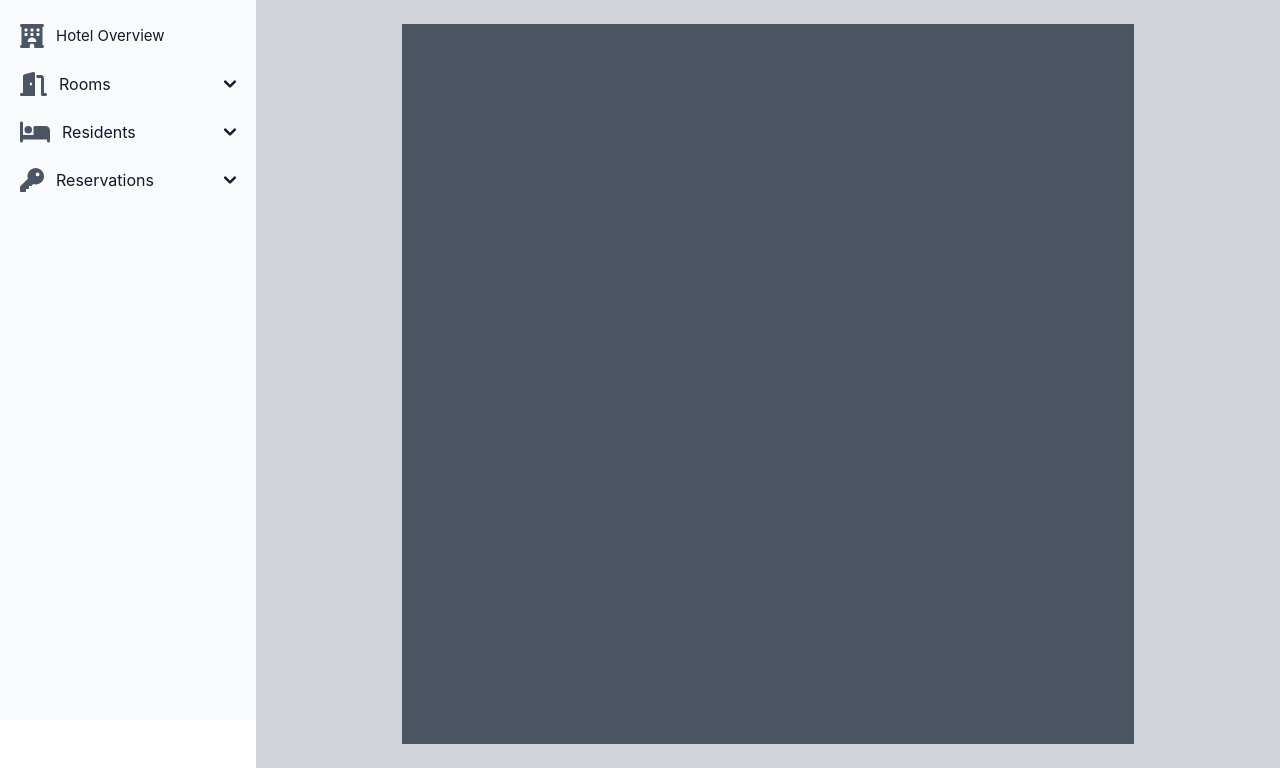
Repository: aggepap/hotelReservationsProj
Page: /rooms (app in admin-panel/)
These files come from the project's save history. The page is drawn as it stood at one moment and after the next save; the edit follows.
The browser window is 1280 px wide. The pictures show the whole page.
The project was rebuilt for these pictures with package versions that can differ from the ones it lists, and the page was loaded fresh each time. Also part of the build but not shown: admin-panel/vite.config.ts, admin-panel/src/views/HomeView.vue, admin-panel/src/services/ApiServices.ts, admin-panel/src/views/roomviews/AddRoomView.vue.

Above is the page before, as saved 2025-01-19 20:12:43.

After the next save:
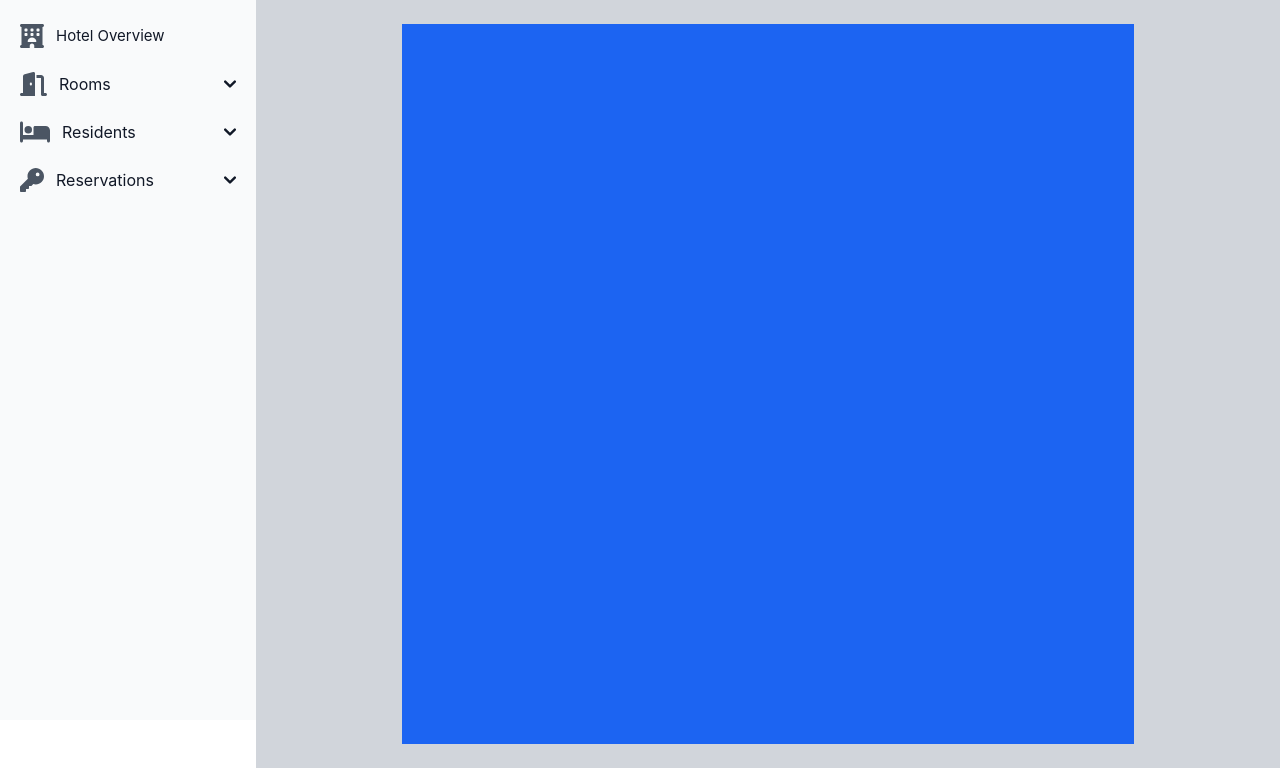
Saved 12 s later.
--- a/admin-panel/src/views/roomviews/AllRoomsView.vue
+++ b/admin-panel/src/views/roomviews/AllRoomsView.vue
@@ -1,5 +1,5 @@
 <script setup lang="ts"></script>
 
 <template>
-  <section class="w-9/12 mx-auto px-10 bg-gray-600 h-screen"></section>
+  <section class="w-9/12 mx-auto px-10 bg-blue-600 h-screen"></section>
 </template>

After the save that followed:
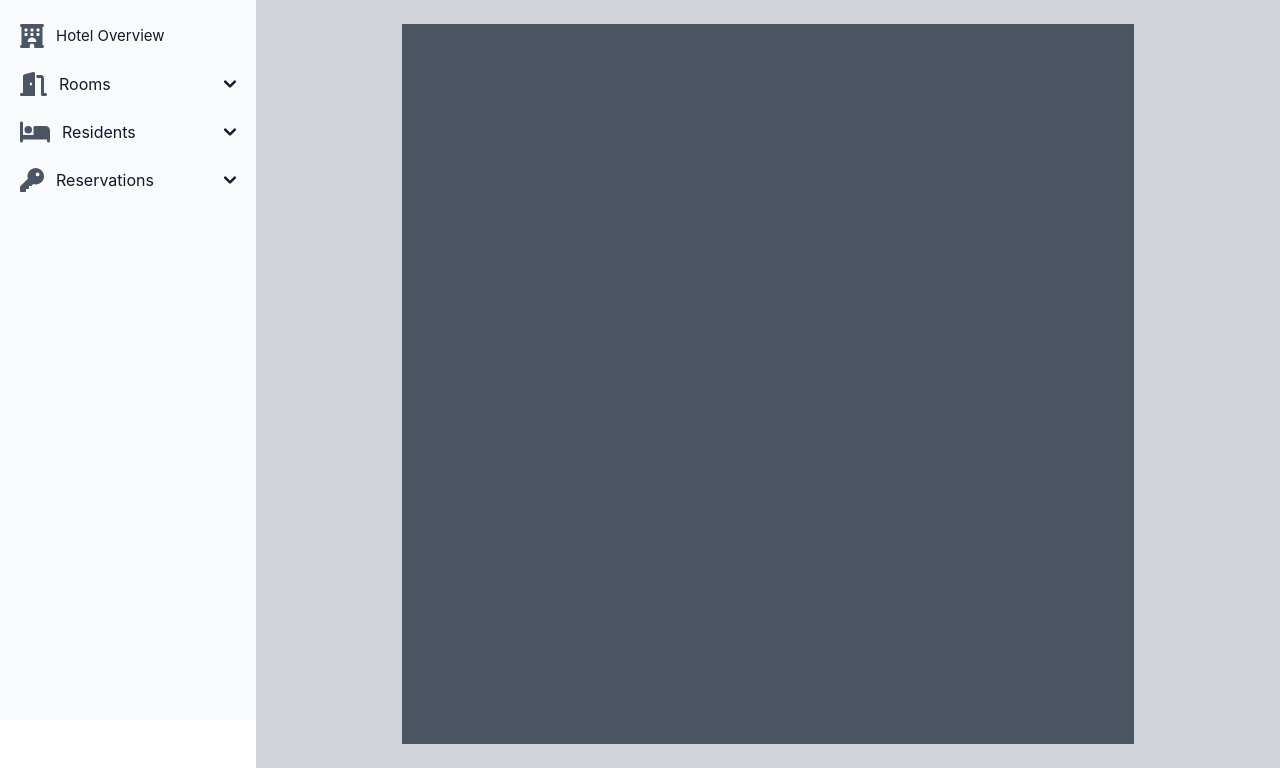
Saved 26 s later.
--- a/admin-panel/src/views/roomviews/AllRoomsView.vue
+++ b/admin-panel/src/views/roomviews/AllRoomsView.vue
@@ -1,5 +1,5 @@
 <script setup lang="ts"></script>
 
 <template>
-  <section class="w-9/12 mx-auto px-10 bg-blue-600 h-screen"></section>
+  <section class="w-9/12 mx-auto px-10 bg-gray-600 h-screen"></section>
 </template>
